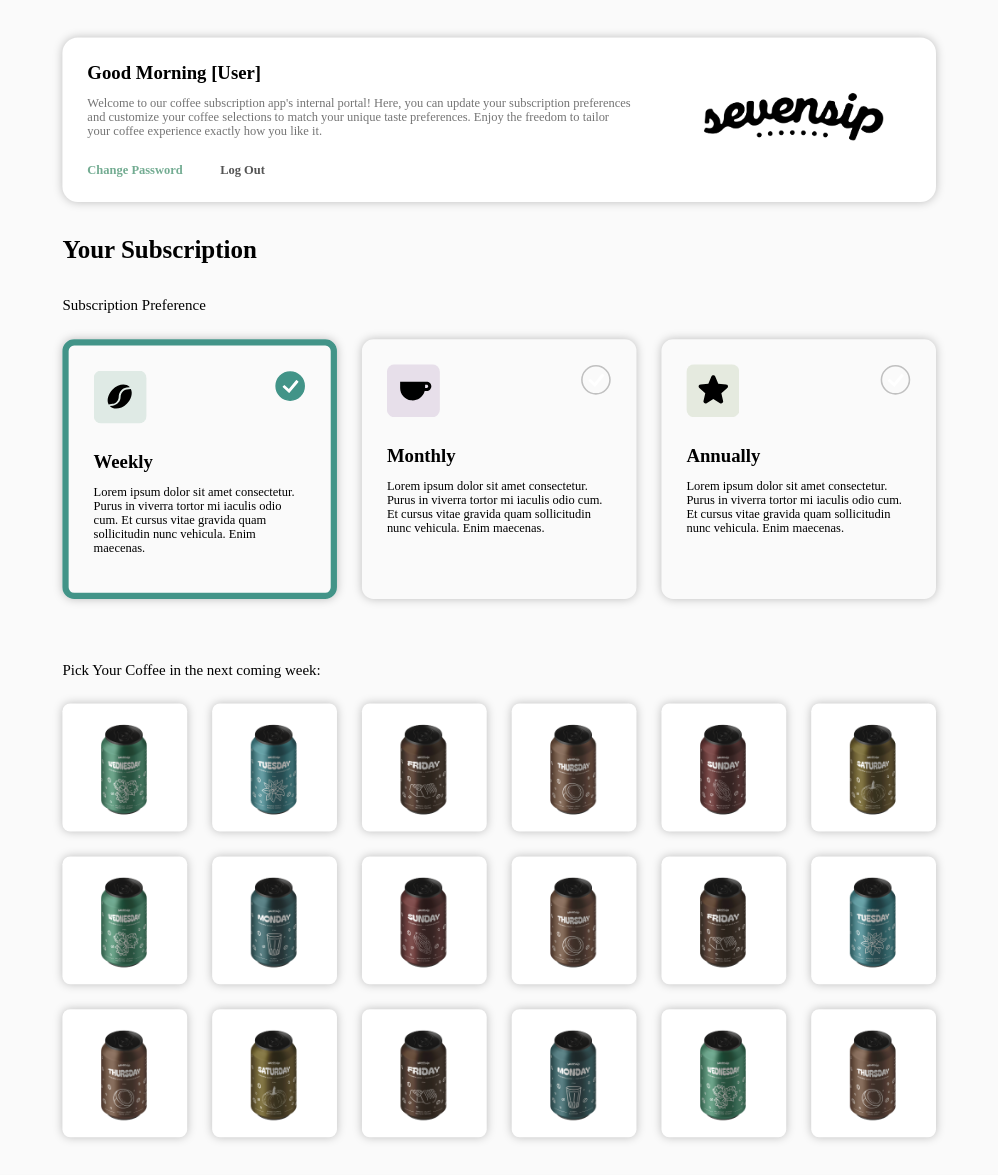
Repository: Haydenleung/COMP-4170-Final-Project
Page: http://localhost/main
An editor plug-in stored every save of this project. The page is shown before and after the next save, followed by the edit.
The browser window is 1280 px wide. The pictures show the whole page, at 78% of full size.
The page is served by the project's Node server (app.js).

Above is the page before, as saved 2024-03-22 18:36:45.

### views/main.ejs
<%- include('partials/header') %>


    <div class="main-container">
        <div class="main-subcontainer">
            <div class="main-welcome">
                <div class="main-greeting">
                    <h3>Good Morning [User]</h3>
                    <p>Welcome to our coffee subscription app's internal portal! Here, you can update your subscription
                        preferences and customize your coffee selections to match your unique taste preferences. Enjoy
                        the freedom to tailor your coffee experience exactly how you like it.</p>
                </div>
                <div class="main-feature">
                    <a href="/edit" class="mainbtn chnpassword">Change Password</a>
                    <a href="/" class="mainbtn logout">Log Out</a>
                </div>
            </div>
            <div class="main-logo-container">
                <img class="main-logo" src="/images/logo.png" alt="company logo" />
            </div>
        </div>
        <div class="main-content">
            <h4>Your Subscription</h4>
            <div class="subscribe-section">
                <h5>Subscription Preference</h5>
                <div class="subscribe-container">
                    <div class="sub-option sub-selected">
                        <div class="tick">
                            <svg viewBox="0 0 100 100" xmlns="http://www.w3.org/2000/svg">
                                <circle cx="50" cy="50" r="45" fill="#429488" stroke="#429488" stroke-width="5" />
                            </svg>
                            <img class="sub-tick" src="/images/tick.svg" alt="icon" />
                        </div>
                        <img class="sub-icon" src="/images/week.svg" alt="icon" />
                        <div class="sub-title">Weekly</div>
                        <p class="sub-body">Lorem ipsum dolor sit amet consectetur. Purus in viverra tortor mi iaculis
                            odio cum. Et
                            cursus vitae gravida quam sollicitudin nunc vehicula. Enim maecenas.</p>
                    </div>
                    <div class="sub-option">
                        <div class="tick">
                            <svg viewBox="0 0 100 100" xmlns="http://www.w3.org/2000/svg">
                                <circle cx="50" cy="50" r="45" fill="none" stroke="#C0C0C0" stroke-width="5" />
                            </svg>
                            <img class="sub-tick" src="/images/tick.svg" alt="icon" />
                        </div>
                        <img class="sub-icon" src="/images/month.svg" alt="icon" />
                        <div class="sub-title">Monthly</div>
                        <p class="sub-body">Lorem ipsum dolor sit amet consectetur. Purus in viverra tortor mi iaculis
                            odio cum. Et
                            cursus vitae gravida quam sollicitudin nunc vehicula. Enim maecenas.</p>
                    </div>
                    <div class="sub-option">
                        <div class="tick">
                            <svg viewBox="0 0 100 100" xmlns="http://www.w3.org/2000/svg">
                                <circle cx="50" cy="50" r="45" fill="none" stroke="#C0C0C0" stroke-width="5" />
                            </svg>
                            <img class="sub-tick" src="/images/tick.svg" alt="icon" />
                        </div>
                        <img class="sub-icon" src="/images/annual.svg" alt="icon" />
                        <div class="sub-title">Annually</div>
                        <p class="sub-body">Lorem ipsum dolor sit amet consectetur. Purus in viverra tortor mi iaculis
                            odio cum. Et
                            cursus vitae gravida quam sollicitudin nunc vehicula. Enim maecenas.</p>
                    </div>

                </div>
            </div>
            <div class="coffee-section">
                <h5>Pick Your Coffee in the next coming week:</h5>
                <div class="coffee-option">
                    <div class="coffee">
                        <img class="coffee-image" src="/images/03.png" alt="coffee image" />
                    </div>
                    <div class="coffee">
                        <img class="coffee-image" src="/images/02.png" alt="coffee image" />
                    </div>
                    <div class="coffee">
                        <img class="coffee-image" src="/images/05.png" alt="coffee image" />
                    </div>
                    <div class="coffee">
                        <img class="coffee-image" src="/images/04.png" alt="coffee image" />
                    </div>
                    <div class="coffee">
                        <img class="coffee-image" src="/images/07.png" alt="coffee image" />
                    </div>
                    <div class="coffee">
                        <img class="coffee-image" src="/images/06.png" alt="coffee image" />
                    </div>
                    <div class="coffee">
                        <img class="coffee-image" src="/images/03.png" alt="coffee image" />
                    </div>
                    <div class="coffee">
                        <img class="coffee-image" src="/images/01.png" alt="coffee image" />
                    </div>
                    <div class="coffee">
                        <img class="coffee-image" src="/images/07.png" alt="coffee image" />
                    </div>
                    <div class="coffee">
                        <img class="coffee-image" src="/images/04.png" alt="coffee image" />
                    </div>
                    <div class="coffee">
                        <img class="coffee-image" src="/images/05.png" alt="coffee image" />
                    </div>
                    <div class="coffee">
                        <img class="coffee-image" src="/images/02.png" alt="coffee image" />
                    </div>
                    <div class="coffee">
                        <img class="coffee-image" src="/images/04.png" alt="coffee image" />
                    </div>
                    <div class="coffee">
                        <img class="coffee-image" src="/images/06.png" alt="coffee image" />
                    </div>
                    <div class="coffee">
                        <img class="coffee-image" src="/images/05.png" alt="coffee image" />
                    </div>
                    <div class="coffee">
                        <img class="coffee-image" src="/images/01.png" alt="coffee image" />
                    </div>
                    <div class="coffee">
                        <img class="coffee-image" src="/images/03.png" alt="coffee image" />
                    </div>
                    <div class="coffee">
                        <img class="coffee-image" src="/images/04.png" alt="coffee image" />
                    </div>
                </div>
            </div>
        </div>
    </div>

    <%- include('partials/footer') %>

### views/partials/header.ejs
<!DOCTYPE html>
<html lang="en">

<head>
    <meta charset="UTF-8" />
    <meta http-equiv="X-UA-Compatible" content="IE=edge" />
    <meta name="viewport" content="width=device-width, initial-scale=1.0" />
    <link rel="stylesheet" href="styles/main.css" />
    <title>Subscriber Portal</title>
</head>

<body>
    <main>

### app.js
import express from "express";
import pg from "pg";

const app = express();
const port = 3000;

app.set('view engine', 'ejs');

app.use(express.urlencoded({ extended: true }));
app.use(express.static("public"));

app.get("/", (req, res) => {
    res.render("index.ejs");
});

app.get("/register", (req, res) => {
    res.render("register.ejs");
});

app.get("/main", (req, res) => {
    res.render("main.ejs");
});

app.listen(port, () => {
    console.log(`Server running on port ${port}`);
});

### public/styles/main.css
* {
    box-sizing: border-box;
    font-family: "Montserrat";
}

html {
    background-color: #FAFAFA;
    height: 100vh;
    padding: 0;
    margin: 0;
}

body {
    display: flex;
    flex-direction: column;
    padding: 0;
    margin: 0;
    height: 100%;
}

main {
    display: flex;
    flex-grow: 1;
}

.home {
    display: flex;
    flex-direction: row;
    height: 100%;
    width: 100%;
}

.photo {
    object-fit: cover;
    width: 100%;
    height: 100%;
    border-radius: 0 20px 20px 0;
}

.home-photo {
    height: 100%;
    flex-grow: 1;
    overflow: hidden;
}

.home-login {
    min-width: 40rem;
    display: flex;
    flex-direction: column;
    justify-content: center;
    align-items: center;
}

.login-container {
    width: 100%;
    height: 100%;
    display: flex;
    flex-direction: column;
    justify-content: center;
    align-items: center;
    padding: 1rem 8rem;
}

.logo {
    width: 10rem;
    margin-bottom: 4rem;
}

.form-container {
    display: flex;
    flex-direction: column;
    align-items: center;
    /* background-color: grey; */
    width: 100%;
    margin-bottom: 1.5rem;
}

h3 {
    font-size: 1.5em;
}

.form-title {
    text-align: center;
    margin-bottom: 3rem;
}

.form-main {
    width: 100%;
    display: flex;
    flex-direction: column;
    align-items: center;
    gap: 1.5rem;
}

.login-form {
    width: 100%;
}

.login-button {
    width: 100%;
    display: flex;
    flex-direction: column;
    gap: 1.5rem;
    margin-top: 2rem;
}

.forminput {
    width: 100%;
    height: 3rem;
    background-color: transparent;
    border: none;
    border-bottom: 1px solid black;
    padding: 1rem;
    font-size: 1em;
}

.forminput:focus {
    outline: none;
}

.submitbtn,
.regbtn {
    width: 100%;
    height: 3rem;
    border-radius: 6px;
    border: none;
    font-size: 1em;
    font-weight: 600;
    color: white;
    cursor: pointer;
    text-decoration: none;
    display: flex;
    justify-content: center;
    align-items: center;
}

.submitbtn {
    background-color: #73AC92;
}

.regbtn {
    background-color: #969696
}

.regisblue {
    background-color: #3EA1DB;
}

/* Main */

.main-container {
    width: 100%;
    display: flex;
    flex-direction: column;
    align-items: center;
    padding: 3rem 5rem;
}

.main-subcontainer {
    width: 100%;
    background-color: white;
    border-radius: 15pt;
    box-shadow: 0 0 12px rgba(0, 0, 0, 0.25);
    display: flex;
    flex-direction: row;
    padding: 2rem;
    justify-content: center;
    align-items: center;
    gap: 5%;
}

.main-welcome {
    flex-grow: 1;
    display: flex;
    flex-direction: column;
    justify-content: center;
    width: 100%;
    height: 100%;
    gap: 1rem;
}


.main-greeting>p {
    color: #747474;
    font-weight: 500;
}

.mainbtn {
    text-decoration: none;
    font-weight: 600;
}

.mainbtn:hover {
    text-decoration: underline;
    text-underline-offset: 8px;
}

.chnpassword {
    color: #73AC92;
}

.logout {
    color: #545454;
}

.main-feature {
    display: flex;
    flex-direction: row;
    gap: 3rem;
}

.main-logo-container {
    padding: 2rem;
    width: 40%;
}

.main-logo {
    width: 100%;
}

.main-content {
    width: 100%;
}

.subscribe-section {
    width: 100%;
    margin-bottom: 5rem;
}

.subscribe-container {
    display: grid;
    grid-template-columns: 1fr 1fr 1fr;
    gap: 2rem;
}

.sub-option {
    min-height: 12rem;
    box-shadow: 0 0 12px rgba(0, 0, 0, 0.25);
    border-radius: 15px;
    padding: 2rem 2rem;
    position: relative;
}

.sub-selected {
    border: 8px solid #429488;
}

.sub-icon {
    margin-bottom: 2rem;
}

.tick {
    position: absolute;
    right: 2rem;
    top: 2rem;
    width: 2.5rem;
    display: flex;
    justify-content: center;
    align-items: center;
}

.sub-tick {
    position: absolute;
}

.sub-title {
    font-size: 1.5em;
    font-weight: 600;
    margin-bottom: 1rem;
}

.coffee-option {
    --repeat: auto-fit;
}

@media (min-width: calc(250px * 6)) {
    .coffee-option {
        --repeat: 6;
    }
}

.coffee-option {
    width: 100%;
    display: grid;
    grid-template-columns: repeat(var(--repeat, auto-fit), minmax(150px, 1fr));
    gap: 2rem;
}

.coffee {
    width: 100%;
    aspect-ratio: 1/1;
    border-radius: 10px;
    background-color: white;
    box-shadow: 0 0 12px rgba(0, 0, 0, 0.25);
}

.coffee-image {
    width: 100%;
    height: 100%;
    object-fit: contain;
}

h3 {
    margin: 0;
}

h4 {
    font-size: 2em;
}

h5 {
    font-size: 1.2em;
    font-weight: 400;
}

### public/images/tick.svg
<svg width="21" height="17" viewBox="0 0 21 17" fill="none" xmlns="http://www.w3.org/2000/svg">
<path d="M17.9361 0L8.31387 11.7368L2.625 6.47746L0 8.90603L8.74863 17L21 2.42857L17.9361 0Z" fill="white"/>
</svg>

### public/images/week.svg
<svg width="68" height="68" viewBox="0 0 68 68" fill="none" xmlns="http://www.w3.org/2000/svg">
<rect width="68" height="68" rx="10" fill="#73AC92" fill-opacity="0.2"/>
<path d="M24.2499 42.7501C26.4672 42.4209 28.4921 41.3054 29.9554 39.6073C31.4186 37.9092 32.2225 35.7416 32.2203 33.5001C32.2315 30.6863 33.2522 27.9699 35.0969 25.8452C36.9416 23.7204 39.4877 22.3283 42.272 21.9221L46.2649 21.3517C46.157 21.2284 46.0645 21.1051 45.9412 20.9817C40.9153 15.9559 31.2645 17.4667 24.3578 24.3426C18.5149 30.2626 16.5416 38.1251 19.2549 43.4592L24.2499 42.7501Z" fill="black"/>
<path d="M34.6256 33.5C34.6155 36.3133 33.5975 39.0298 31.7562 41.1568C29.9149 43.2838 27.3722 44.6804 24.5894 45.0933L20.7969 45.6329L21.0281 45.895C26.054 50.9208 35.7048 49.4254 42.6115 42.5496C48.4235 36.7529 50.4585 28.875 47.7606 23.6179L42.6115 24.3579C40.4084 24.678 38.3924 25.7754 36.9278 27.4521C35.4632 29.1287 34.6467 31.2739 34.6256 33.5Z" fill="black"/>
</svg>

### public/images/month.svg
<svg width="68" height="68" viewBox="0 0 68 68" fill="none" xmlns="http://www.w3.org/2000/svg">
<rect width="68" height="68" rx="10" fill="#9D73AC" fill-opacity="0.2"/>
<path d="M17 22.3121H51C52.5913 22.3121 54.1174 22.9439 55.2426 24.0683C56.3679 25.1928 57 26.7179 57 28.3082C57 29.8984 56.3679 31.4235 55.2426 32.548C54.1174 33.6725 52.5913 34.3042 51 34.3042H48.496C47.5256 38.076 45.211 41.3642 41.9868 43.5517C38.7625 45.7391 34.8502 46.6753 30.9842 46.1847C27.1182 45.694 23.5643 43.8102 20.9895 40.8868C18.4147 37.9633 16.9962 34.2013 17 30.3069V22.3121ZM49 30.3069H51C51.5304 30.3069 52.0391 30.0963 52.4142 29.7215C52.7893 29.3466 53 28.8383 53 28.3082C53 27.7781 52.7893 27.2697 52.4142 26.8949C52.0391 26.5201 51.5304 26.3095 51 26.3095H49V30.3069Z" fill="black"/>
</svg>

### public/images/annual.svg
<svg width="68" height="68" viewBox="0 0 68 68" fill="none" xmlns="http://www.w3.org/2000/svg">
<rect width="68" height="68" rx="10" fill="#93AC73" fill-opacity="0.2"/>
<path d="M52.3888 30.5244L44.8134 37.1357L47.0827 46.9786C47.2028 47.4932 47.1685 48.0318 46.9842 48.5269C46.7998 49.0221 46.4736 49.452 46.0463 49.7628C45.619 50.0736 45.1096 50.2516 44.5817 50.2744C44.0538 50.2972 43.5309 50.164 43.0783 49.8912L34.4934 44.6842L25.927 49.8912C25.4745 50.164 24.9515 50.2972 24.4236 50.2744C23.8958 50.2516 23.3863 50.0736 22.959 49.7628C22.5317 49.452 22.2055 49.0221 22.0211 48.5269C21.8368 48.0318 21.8026 47.4932 21.9226 46.9786L24.1885 37.1458L16.6115 30.5244C16.2107 30.1788 15.9209 29.7225 15.7784 29.2128C15.636 28.7032 15.6471 28.1628 15.8105 27.6594C15.974 27.156 16.2824 26.7121 16.6971 26.3834C17.1118 26.0546 17.6143 25.8555 18.1417 25.8112L28.1291 24.9462L32.0276 15.6474C32.2312 15.1595 32.5746 14.7427 33.0146 14.4496C33.4546 14.1564 33.9714 14 34.5001 14C35.0288 14 35.5457 14.1564 35.9857 14.4496C36.4256 14.7427 36.769 15.1595 36.9726 15.6474L40.8829 24.9462L50.867 25.8112C51.3944 25.8555 51.8969 26.0546 52.3116 26.3834C52.7263 26.7121 53.0347 27.156 53.1981 27.6594C53.3615 28.1628 53.3727 28.7032 53.2302 29.2128C53.0878 29.7225 52.798 30.1788 52.3972 30.5244H52.3888Z" fill="black"/>
</svg>

Loaded but not shown: views/partials/footer.ejs (common file)

After the next save:
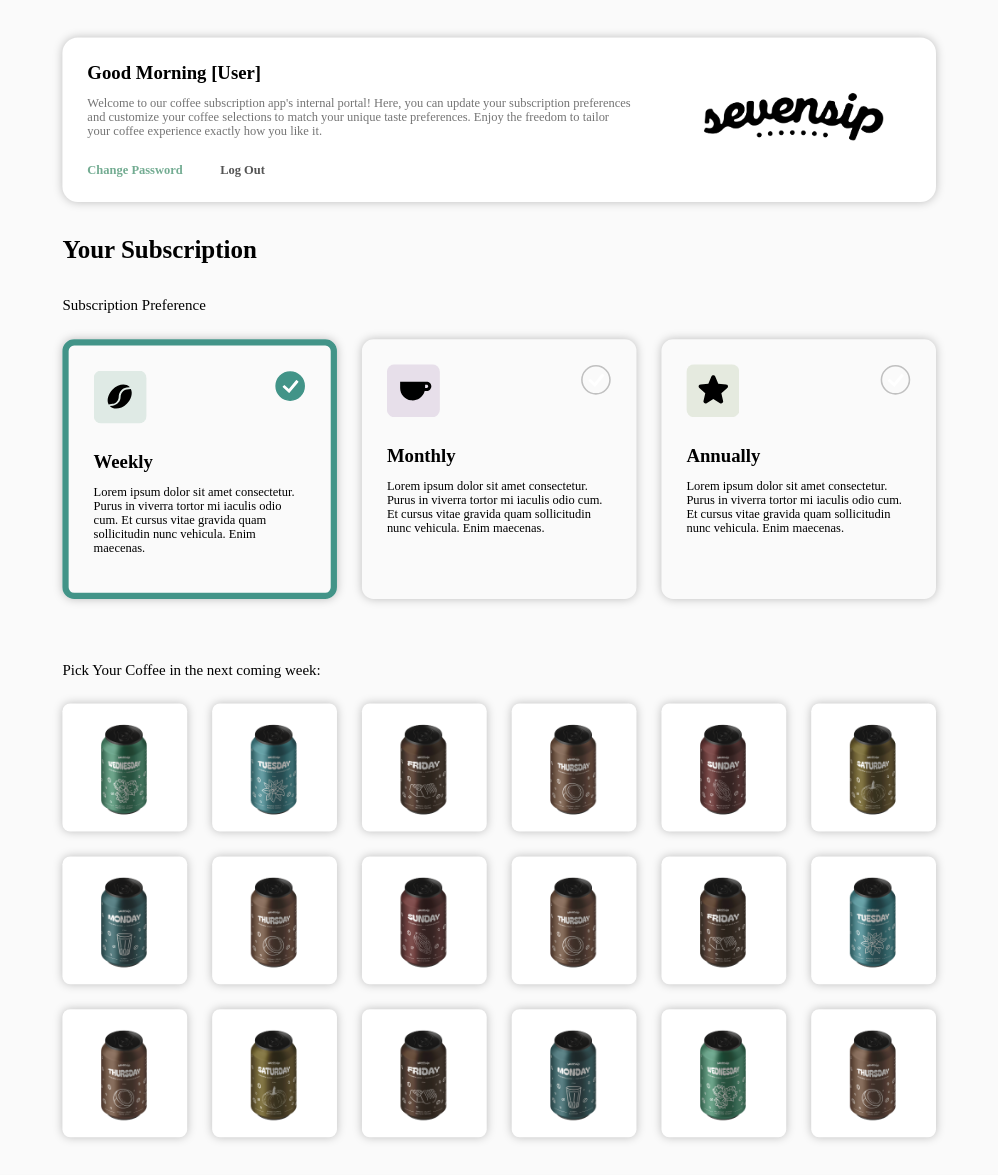
Saved 10 s later.
--- a/views/main.ejs
+++ b/views/main.ejs
@@ -88,10 +88,10 @@
                         <img class="coffee-image" src="/images/06.png" alt="coffee image" />
                     </div>
                     <div class="coffee">
-                        <img class="coffee-image" src="/images/03.png" alt="coffee image" />
+                        <img class="coffee-image" src="/images/01.png" alt="coffee image" />
                     </div>
                     <div class="coffee">
-                        <img class="coffee-image" src="/images/01.png" alt="coffee image" />
+                        <img class="coffee-image" src="/images/04.png" alt="coffee image" />
                     </div>
                     <div class="coffee">
                         <img class="coffee-image" src="/images/07.png" alt="coffee image" />
